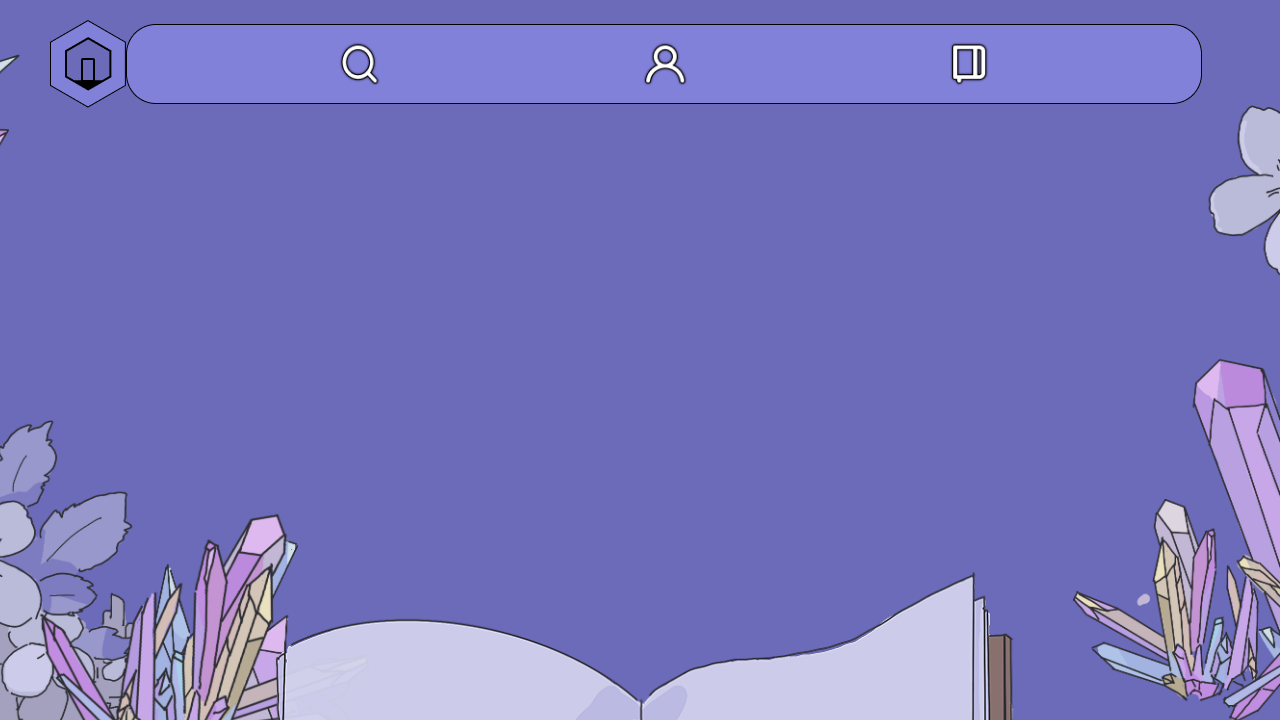
Repository: carolmmc/BabelLibrary
Page: answer.html
The author's editor kept a copy of each file at every save. The page is drawn from the files as they stood at one save, then again after the next save.
The browser window is 1280 px wide. The pictures show the whole page.

Above is the page before, as saved 2025-05-09 23:15:04.

### answer.html
<!DOCTYPE html>
<html lang="zh-CN">
<head>
    <meta charset="UTF-8">
    <meta name="viewport" content="width=device-width, initial-scale=1.0">
    <style>
        * {
            margin: 0;
            padding: 0;
            box-sizing: border-box;
        }

        body {
            background: #6C6BB9;
            min-height: 100vh;
            font-family: 'PingFang SC', 'Microsoft YaHei', sans-serif;
        }

        .header {
            display: flex;
            justify-content: space-between;
            align-items: center;
            padding: 20px 50px;
            position: fixed;
            top: 0;
            left: 0;
            right: 0;
            z-index: 100;
        }

        .logo {
            width: 75.892px;
            height: 87.633px;
            flex-shrink: 0;
            object-fit: contain; /* 保持图片比例 */
        }

        /* 导航栏容器 */
        .nav-container {
            position: relative;
            width: 1076px;
            height: 80px;
        }

        /* 导航图标容器 */
        .nav-icons {
            position: absolute;
            top: 50%;
            left: 50%;
            transform: translate(-50%, -50%);
            display: flex;
            justify-content: space-between; /* 改用 space-between 实现均匀分布 */
            width: 60%; /* 控制图标分布的整体宽度范围 */
            z-index: 2;
        }

        /* 导航图标通用样式 */
        .nav-icon {
            flex-shrink: 0;
            cursor: pointer;
            filter: drop-shadow(0px 0px 1px #000);
            transition: transform 0.3s ease; /* 将过渡效果移到这里 */
        }

        /* 搜索图标 */
        .find-icon {
            width: 37px;
            height: 39px;
        }

        /* 我的图标 */
        .mine-icon {
            width: 40px;
            height: 39px;
        }

        /* 书架图标 */
        .shelf-icon {
            width: 34px;
            height: 39px;
        }

        /* 图标悬停效果 */
        .nav-icon:hover {
            transform: scale(1.1);
        }

        .content-center {
            position: absolute;
            top: 50%;
            left: 50%;
            transform: translate(-50%, -50%);
            text-align: center;
            width: 100%;
            display: flex;
            justify-content: center;
            align-items: center;
            height: 100vh;
        }
        /* 底部装饰图样式 */
        .bottom-decoration {
            position: fixed;
            bottom: 0;
            left: 50%;
            transform: translateX(-50%);  /* 居中定位 */
            width: 1526px;  /* 使用原始宽度 */
            height: 859px;  /* 使用原始高度 */
            background: url('homepage frame1.png') bottom center no-repeat;
            background-size: contain;  /* 确保图片完整显示 */
            z-index: 1;
            animation: breath-animation 4s ease-in-out infinite;
        }

        /* 添加第二个装饰图样式 */
        .decoration-frame2 {
            position: fixed;
            bottom: 0;
            left: 50%;
            transform: translateX(-50%);
            width: 775px;
            height: 155px;
            flex-shrink: 0;
            aspect-ratio: 5/1;
            background: url('homepageframe2.png') center no-repeat;
            background-size: contain;
            z-index: 2; /* 确保显示在第一个装饰图之上 */
            animation: breath-animation 4s ease-in-out infinite;
        }

        /* 修改呼吸动画 */
        @keyframes breath-animation {
            0%, 100% {
                opacity: 0.9;
                transform: translateX(-50%) scale(1);  /* 保持居中的同时缩放 */
            }
            50% {
                opacity: 1;
                transform: translateX(-50%) scale(1.02);
            }
        }
    </style>
</head>
<body>
    <header class="header">
        <img src="logo.png" alt="巴别插画 Logo" class="logo">
        <div class="nav-container">
            <img src="navigate background.png" alt="导航栏" class="nav-background">
            <div class="nav-icons">
                <img src="find.png" alt="搜索" class="nav-icon find-icon">
                <img src="mine.png" alt="我的" class="nav-icon mine-icon">
                <img src="shelf.png" alt="书架" class="nav-icon shelf-icon">
            </div>
        </div>
        <div style="width: 150px;"></div>
    </div>
    <div class="bottom-decoration"></div>
    <div class="decoration-frame2"></div>
</body>
</html>

After the next save:
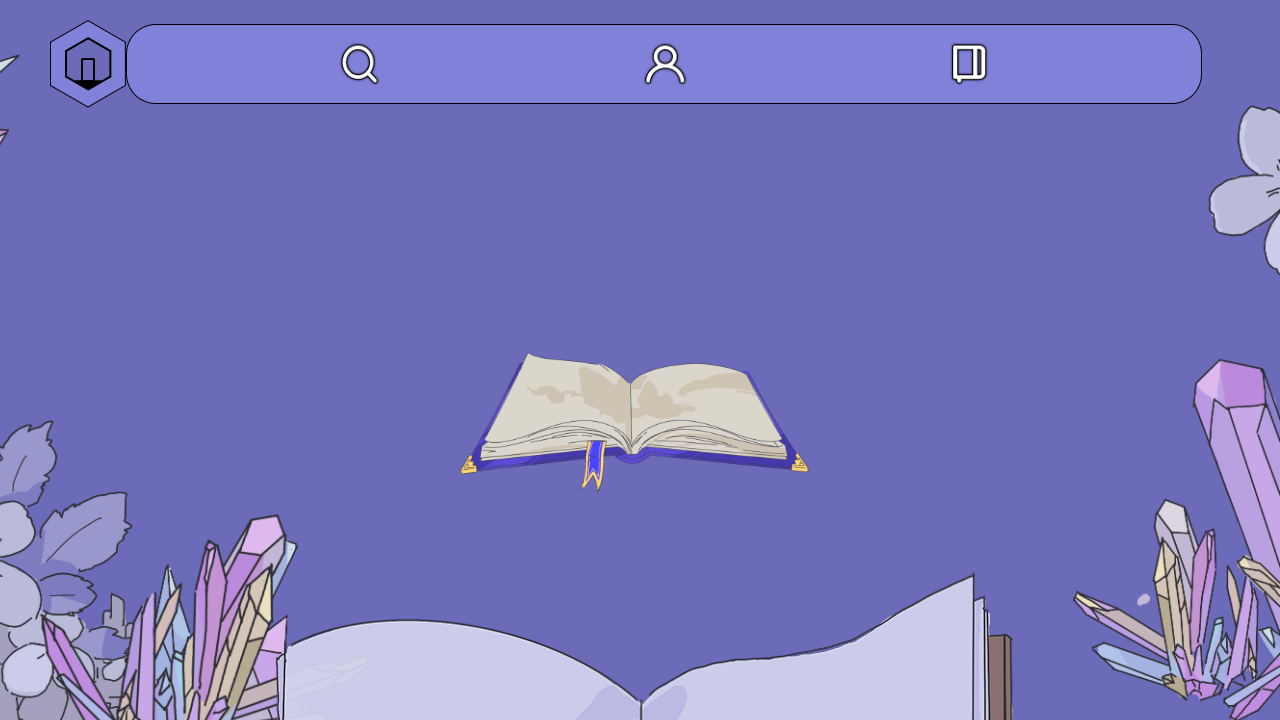
Saved 5 min 45 s later.
--- a/answer.html
+++ b/answer.html
@@ -137,6 +137,38 @@
                 opacity: 1;
                 transform: translateX(-50%) scale(1.02);
             }
+        }
+        /* --------- Answer images & text ---------- */
+        .answer-container{
+            position:absolute;
+            top:50%;
+            left:50%;
+            transform:translate(-50%,-50%);
+            display:flex;
+            justify-content:center;
+            align-items:center;
+            flex-direction:column;
+            pointer-events:auto;
+        }
+        .answer-img{
+            max-width:600px;
+            width:80vw;
+            height:auto;
+            cursor:pointer;
+        }
+        #answerImg2{display:none;}   /* 第二张初始隐藏 */
+        #answerText{
+            position:absolute;
+            top:50%;
+            left:50%;
+            transform:translate(-50%,-50%);
+            font-size:28px;
+            color:#fff;
+            text-shadow:0 0 6px rgba(0,0,0,.6);
+            text-align:center;
+            width:80%;
+            display:none;            /* 初始隐藏 */
+            pointer-events:none;      /* 不抢点击 */
         }
     </style>
 </head>
@@ -152,8 +184,36 @@
             </div>
         </div>
         <div style="width: 150px;"></div>
+    </header>
+    <!-- Answer interaction -->
+    <div class="answer-container">
+      <img src="answer.png" id="answerImg1" class="answer-img" alt="答案书第一页">
+      <img src="answer2.png" id="answerImg2" class="answer-img" alt="答案书第二页">
+      <div id="answerText"></div>
     </div>
     <div class="bottom-decoration"></div>
     <div class="decoration-frame2"></div>
+    <script>
+      const img1 = document.getElementById('answerImg1');
+      const img2 = document.getElementById('answerImg2');
+      const text = document.getElementById('answerText');
+
+      const answers = [
+        '宇宙会给你答案。',
+        '保持耐心，奇迹在路上。',
+        '是的，但不是现在。',
+        '放下执念，答案自现。',
+        '相信直觉。',
+        '结果会超出你的预期。'
+      ];
+
+      img1.addEventListener('click', () => {
+        img1.style.display = 'none';      // 隐藏第一页
+        img2.style.display = 'block';     // 展示第二页
+        // 随机选择一句“答案”
+        text.textContent = answers[Math.floor(Math.random() * answers.length)];
+        text.style.display = 'block';
+      });
+    </script>
 </body>
 </html>
